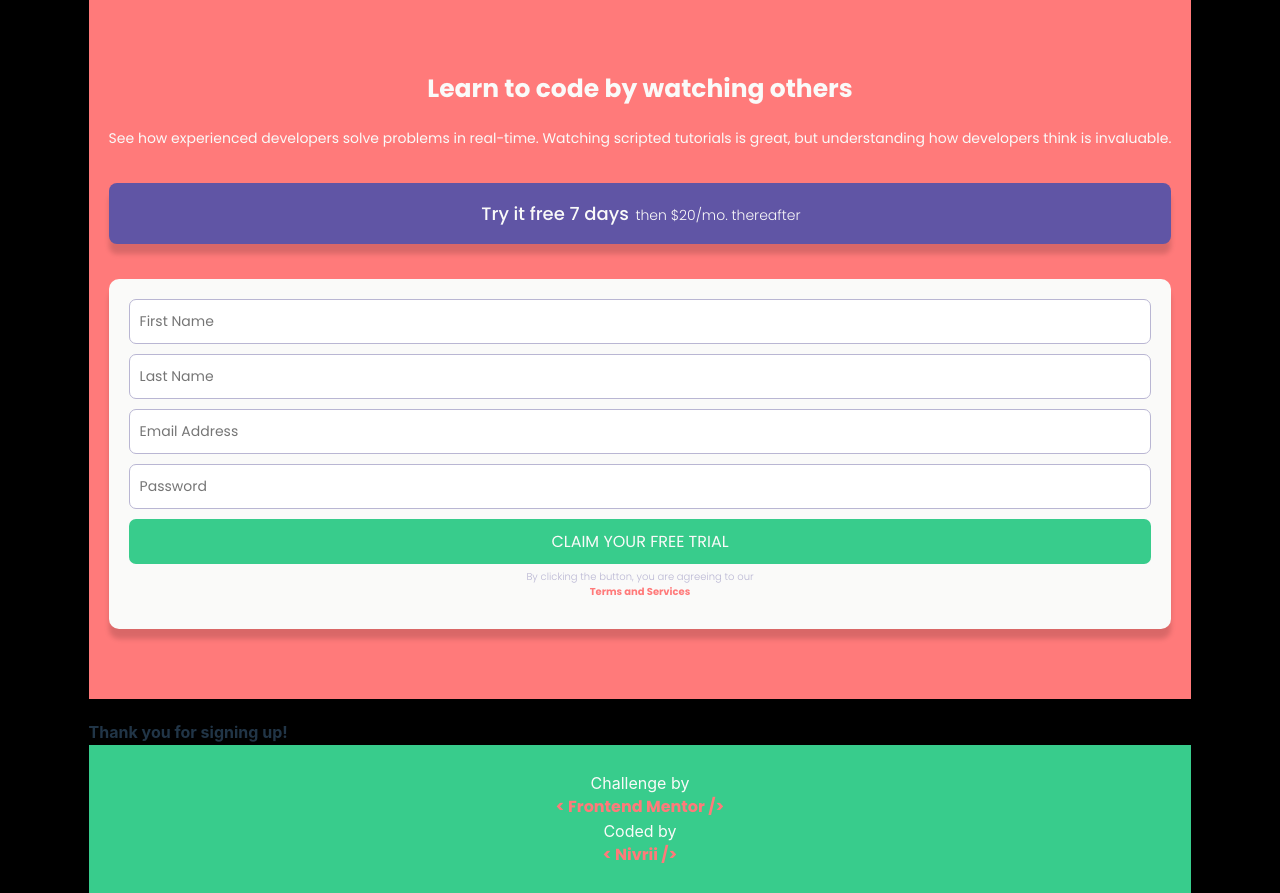
Repository: nivrii/intro-component-with-signup
Page: /
These files come from the project's save history. The page is drawn as it stood at one moment and after a run of saves; the edit follows.
The browser window is 1280 px wide. The pictures show the whole page.
The project was rebuilt for these pictures with package versions that can differ from the ones it lists, and the page was loaded fresh each time. Also part of the build but not shown: vite.config.js.

Above is the page before, as saved 2023-10-13 17:59:18.

After the next 2 saves:
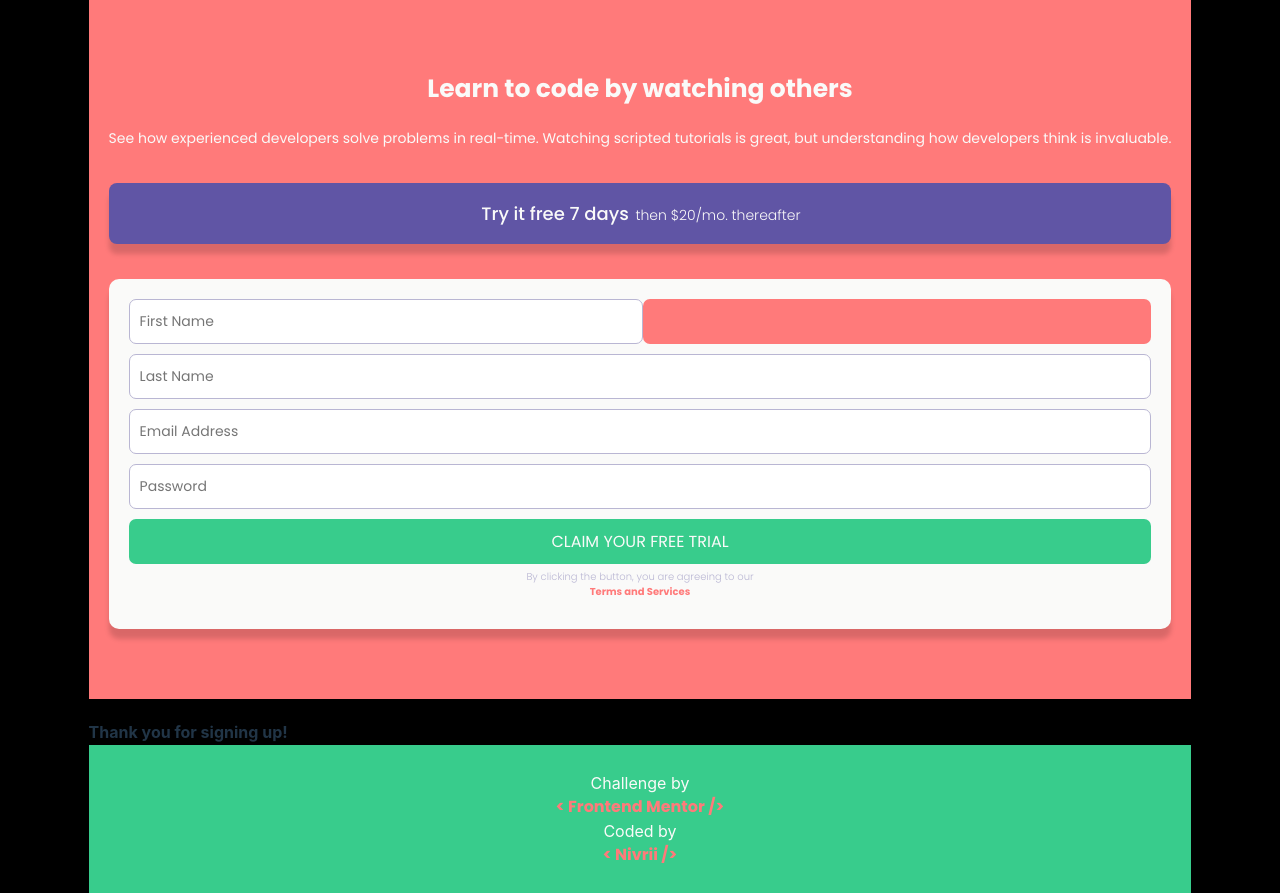
The 2 saves are shown as one change because they came seconds apart.
The last was saved 36 s later.
--- a/src/Form/Form.css
+++ b/src/Form/Form.css
@@ -11,7 +11,8 @@
   border-radius: 10px;
   box-shadow: 0 10px 5px rgba(0, 0, 0, 0.15);
   & .input,
-  .btn {
+  .btn,
+  .open {
     height: 45px;
     width: 100%;
     border-radius: 7px;
@@ -23,9 +24,11 @@
       border: 1px solid var(--grayish-blue);
       padding-left: 10px;
       font-size: var(--fSize);
-    }& .err{
+    }
+    & .err {
       display: none;
-    }& .open{
+    }
+    & .open {
       display: block;
       background-color: var(--red);
     }
